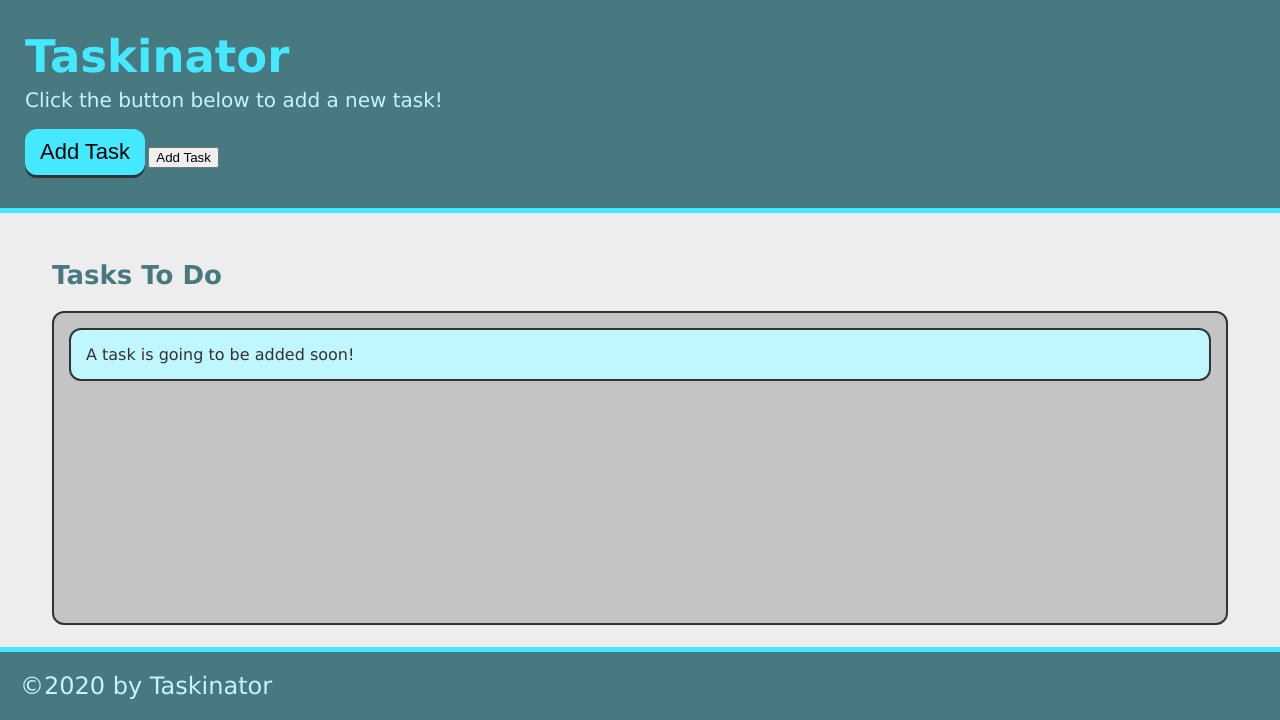
Repository: stuart-rickard/taskinator
Page: index.html
The author's editor kept a copy of each file at every save. The page is drawn from the files as they stood at one save, then again after the next save.
The browser window is 1280 px wide. The pictures show the whole page.

Above is the page before, as saved 2021-11-16 00:53:52.

### index.html
<!DOCTYPE html>
<html lang="en">
<head>
    <meta charset="UTF-8">
    <meta http-equiv="X-UA-Compatible" content="IE=edge">
    <meta name="viewport" content="width=device-width, initial-scale=1.0">
    <title>Taskinator</title>
    <link rel="stylesheet" href="./assets/css/style.css">
</head>
<body>
    <header>
        <h1 class="page-title">Taskinator</h1>
        <p>Click the button below to add a new task!</p>
        <button class="btn" >Add Task</button>
        <button class="btn2" >Add Task</button>
    </header>
    <main class="page-content">
        <section class="task-list-wrapper">
          <h2 class="list-title">Tasks To Do</h2>
          <ul class="task-list">
            <li class="task-item">A task is going to be added soon!</li>
          </ul>
        </section>
    </main>
    <footer>
        &copy;2020 by Taskinator
    </footer>

    <script src="./assets/js/script.js"></script>
</body>
</html>

### assets/css/style.css
* {
  box-sizing: border-box;
}

:root {
  --primary: #44e9ff;
  --secondary: #497980;
  --tertiary: rgb(192, 246, 253);
  --grey: #333;
  font-size: 62.5%;
}

body {
  background: #ededed;
  color: var(--grey);
  margin: 0;
  padding: 0;
  display: flex;
  min-height: 100vh;
  flex-direction: column;
  font-family: Verdana, Geneva, Tahoma, sans-serif;
}

header {
  background: var(--secondary);
  padding: 30px 25px;
  border-bottom: 5px solid var(--primary);
}

header p {
  color: var(--tertiary);
  margin: 5px 0 20px;
  font-size: 2rem;
}

p,
li {
  font-size: 1.6rem;
}

form {
  display: flex;
  align-items: flex-end;
  flex-wrap: wrap;
}

form input {
  outline: none;
  border: none;
  padding: 12px;
  width: 100%;
  font-size: 2.2rem;
  border: 2px solid var(--grey);
  border-radius: 12px;
}

form .form-group {
  margin: 10px 6px 10px 0;
  flex: 1;
}

footer {
  width: 100%;
  background: var(--secondary);
  color: var(--tertiary);
  font-size: 2.4rem;
  padding: 20px;
  border-top: 5px solid var(--primary);
}

.page-title {
  color: var(--primary);
  margin-bottom: 5px;
  margin-top: 0;
  font-size: 4.5rem;
}

.page-content {
  flex: 1;
  display: flex;
  flex-wrap: wrap;
  justify-content: center;
  margin: 25px auto;
  width: 95%;
}

.task-list-wrapper {
  flex: 1;
  margin: 0 20px 20px;
}

.list-title {
  color: var(--secondary);
  font-size: 2.6rem;
}

.task-list {
  list-style: none;
  padding: 15px;
  height: calc(100% - 50px);
  background: rgb(196, 196, 196);
  border-radius: 12px;
  border: 2px solid var(--grey);
}

.task-item {
  color: var(--grey);
  padding: 15px 15px;
  border: 2px solid var(--grey);
  background: var(--tertiary);
  border-radius: 12px;
  margin-bottom: 20px;
}

.task-name {
  margin: 0;
  font-size: 1.8rem;
}

.task-type {
  color: var(--secondary);
  font-size: 1.55rem;
}
.task-actions {
  display: flex;
  flex-wrap: wrap;
  align-items: center;
  margin: 10px 0 5px 0;
  justify-content: space-between;
}

.task-actions button,
.task-actions select {
  flex: 1;
}

.btn {
  outline: none;
  border: none;
  display: inline-block;
  padding: 10px 15px;
  background: var(--primary);
  font-size: 2.2rem;
  border-radius: 12px;
  position: relative;
  top: -3px;
  box-shadow: 0 3px var(--grey);
}

.btn:hover {
  box-shadow: 0 2px var(--grey);
  top: -2px;
}
.btn:active {
  box-shadow: 0 0px var(--grey);
  top: 0;
}

.edit-btn,
.delete-btn {
  font-size: 1.4rem;
  padding: 5px 7px;
  margin: 3px;
  background: var(--secondary);
  color: #fff;
}

.select-dropdown,
.select-status {
  display: block;
  font-size: 2.2rem;
  color: #444;
  padding: 12px;
  width: 100%;
  max-width: 100%;
  margin: 0;
  border: 2px solid var(--grey);
  border-radius: 12px;
  -moz-appearance: none;
  -webkit-appearance: none;
  appearance: none;
  background-color: #fff;
  background-image: url("../images/select-arrow.svg");
  background-repeat: no-repeat, repeat;
  background-position: right 0.7em top 50%, 0 0;
  background-size: 0.65em auto, 100%;
}

.select-status {
  font-size: 1.4rem;
  padding: 4px 28px 4px 4px;
  width: auto;
}

.select-dropdown::-ms-expand,
.select-status::-ms-expand {
  display: none;
}

.select-dropdown:hover,
.select-status:hover {
  border-color: #888;
}

.select-dropdown:focus,
.select-status:focus {
  border-color: #aaa;
  box-shadow: 0 0 1px 3px rgba(59, 153, 252, 0.7);
  box-shadow: 0 0 0 3px -moz-mac-focusring;
  color: #222;
  outline: none;
}
.select-dropdown option,
.select-status option {
  font-weight: normal;
  font-size: 2rem;
}

@media screen and (max-width: 980px) {
  form .form-group {
    flex: 1 100%;
  }

  form .form-group button {
    width: 100%;
  }

  .task-list-wrapper {
    flex-basis: 100%;
  }

}

### assets/js/script.js
console.dir(window.document);

After the next save:
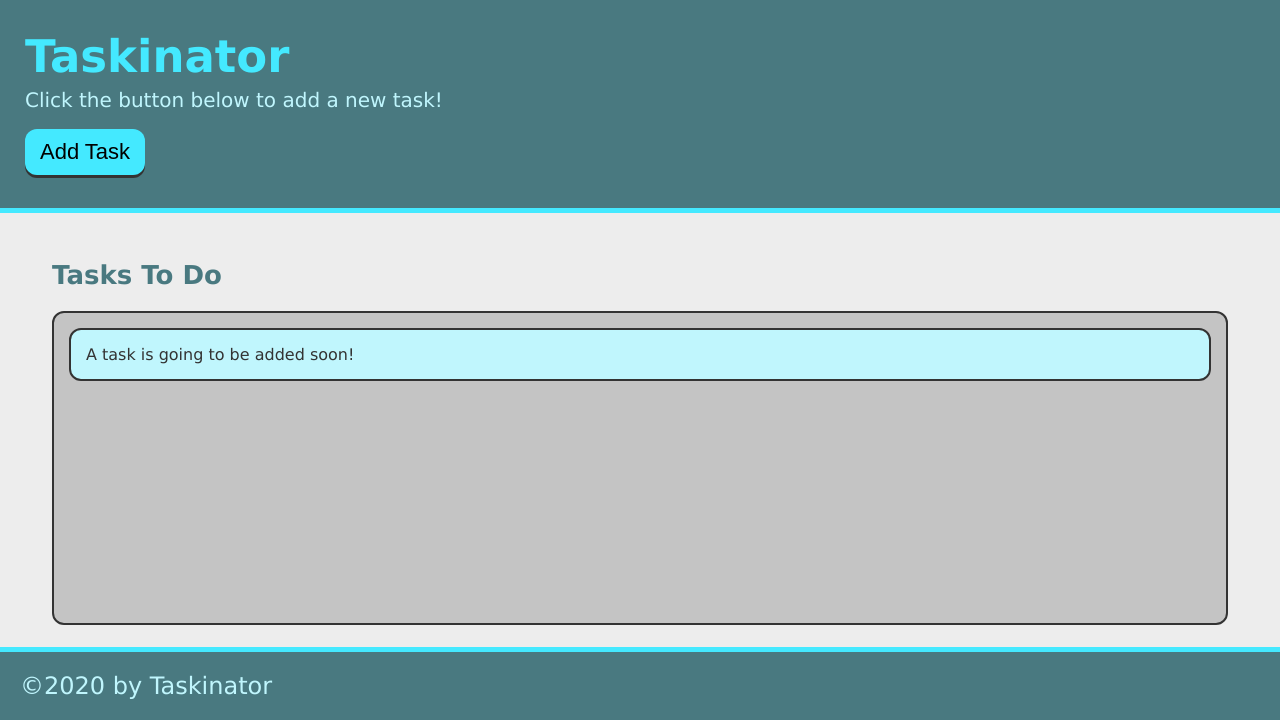
Saved 74 s later.
--- a/index.html
+++ b/index.html
@@ -12,7 +12,6 @@
         <h1 class="page-title">Taskinator</h1>
         <p>Click the button below to add a new task!</p>
         <button class="btn" >Add Task</button>
-        <button class="btn2" >Add Task</button>
     </header>
     <main class="page-content">
         <section class="task-list-wrapper">

After the save that followed:
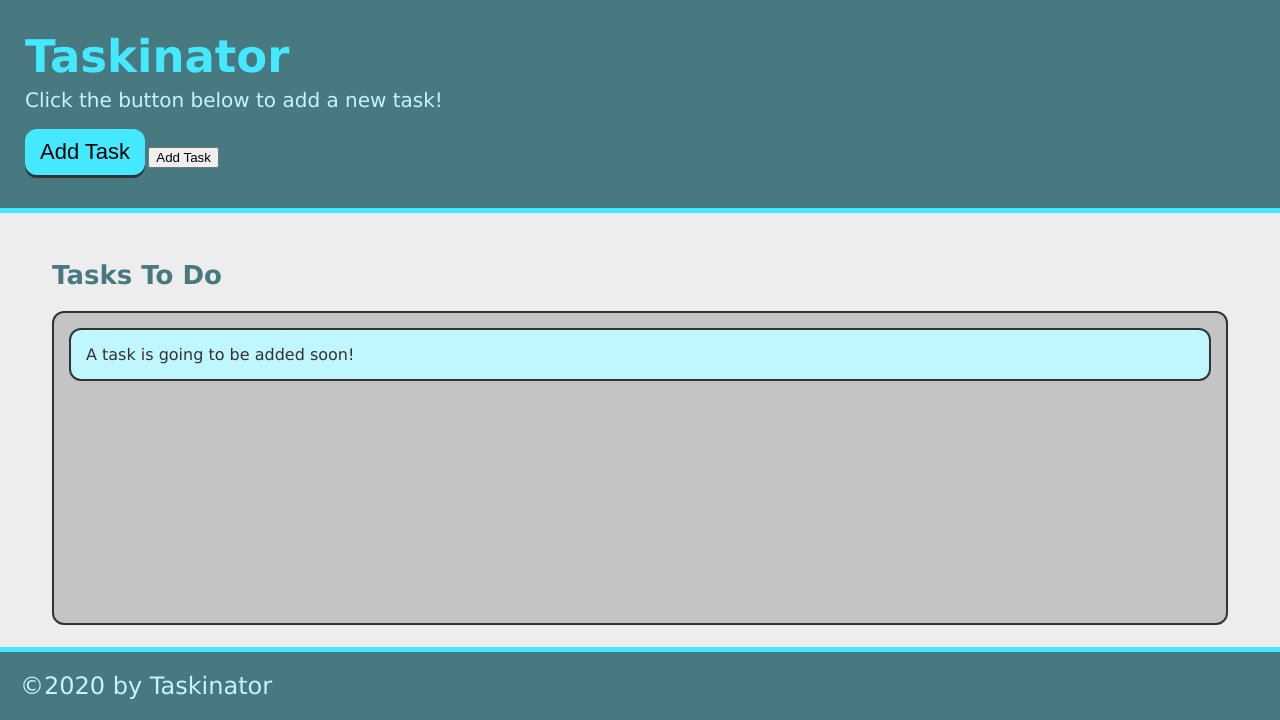
Saved 110 s later.
--- a/index.html
+++ b/index.html
@@ -12,6 +12,7 @@
         <h1 class="page-title">Taskinator</h1>
         <p>Click the button below to add a new task!</p>
         <button class="btn" >Add Task</button>
+        <button class="btn2" >Add Task</button>
     </header>
     <main class="page-content">
         <section class="task-list-wrapper">
